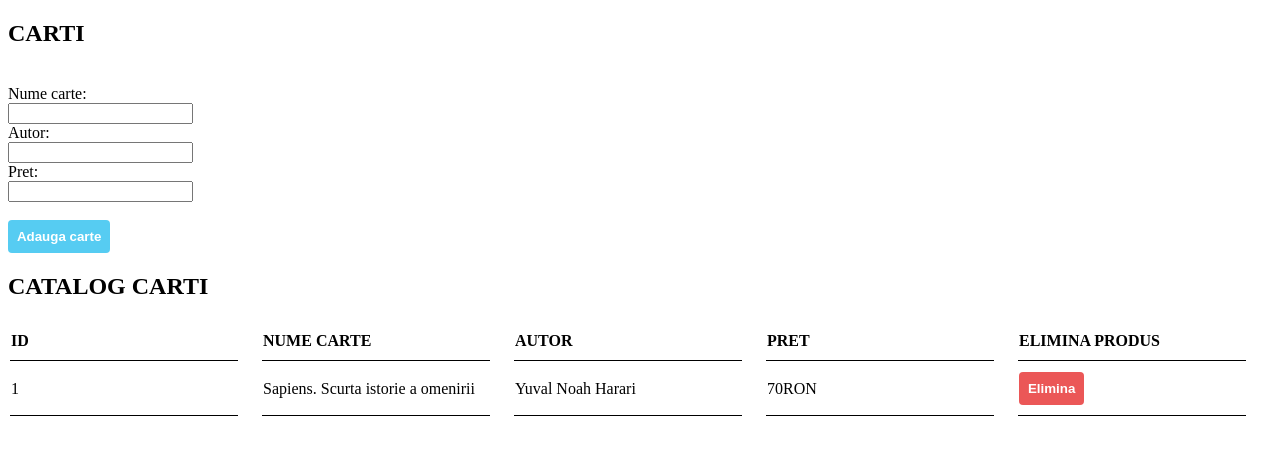
Repository: mireladavid/afacerielectronice
Page: frontend/index.html
The author's editor kept a record of every edit. The page is drawn from the files as they stood at one moment, then again after the next edit.
The browser window is 1280 px wide. The pictures show the whole page.
The page's requests for data from a server got no answer.

Above is the page before.

### frontend/index.html
<!DOCTYPE html>
<html>
    <head>
        <title>Catalog carti</title>
        <link rel="stylesheet" href="styles.css" />
    </head>
    <body>
       <section>
       <h2>CARTI</h2>
       <div>
           <div>
        <form onSubmit="adaugaCarte(event)">
  <input type="hidden" name="id" id="id" /><br />
  Nume carte:<br />
  <input type="text" name="nume" id="nume" /><br />
  Autor:<br />
  <input type="text" name="autor" id="autor"><br/>
  Pret:<br />
  <input type="text" name="pret" id="pret"><br/>
  <br />
  <input class="btn btn-primary" type="submit" value="Adauga carte">
</form>
</div>
</div>
<section>
            <h2>CATALOG CARTI</h2>
            <div>
                <div class="cart-row">
                    <table style="width:100%;">
                <tr class="cart-row">
                    <th class="cart-item cart-header cart-column">ID</th>
                    <th class="cart-item cart-header cart-column">NUME CARTE</th>
                    <th class="cart-item cart-header cart-column">AUTOR</th>
                    <th class="cart-item cart-header cart-column">PRET</th>
                    <th class="cart-item cart-header cart-column">ELIMINA PRODUS</th>
                </tr>
                <tr class="cart-row">
                    <td class="cart-item cart-header cart-column">1</td>
                    <td class="cart-item cart-header cart-column">Sapiens. Scurta istorie a omenirii</td>
                    <td class="cart-item cart-header cart-column">Yuval Noah Harari</td>
                    <td class="cart-item cart-header cart-column">70RON</td>
                     <td class="cart-item cart-header cart-column">
                        <button class="btn btn-danger">Elimina</button>
                    </td>
                </tr>
                    </table>
                </div>
            </div>
        </section>

<div id="table"></div>
<script
    src="https://code.jquery.com/jquery-3.3.1.min.js"
    integrity="sha256-FgpCb/KJQlLNfOu91ta32o/NMZxltwRo8QtmkMRdAu8="
    crossorigin="anonymous"></script>
<script src="https://unpkg.com/axios/dist/axios.min.js"></script>

<script>
function afisareCarti() {
    axios.get('/catalog').then(function(results) {

        let html = ` <table style="width:100%;">
                <tr class="cart-row">
                    <th class="cart-item cart-header cart-column">ID</th>
                    <th class="cart-item cart-header cart-column">NUME CARTE</th>
                    <th class="cart-item cart-header cart-column">AUTOR</th>
                    <th class="cart-item cart-header cart-column">PRET</th>
                    <th class="cart-item cart-header cart-column">ELIMINA PRODUS</th>
                </tr>`

        results.data.forEach(function(element) {
            html += `<tr>
                        <td>${element.id}</td>
                        <td>${element.nume}</td>
                        <td>${element.autor}</td>
                        <td>${element.pret}</td>
                        <td>
                            <button onClick="eliminaCarte(${element.id})">Elimina</button>
                        </td>
                    </tr>`
        })

        html += `</table>`

        $('#table').html(html)
    }).catch(function(error) {
        console.log(error)
    })
}
</script>

<script>
    function adaugaCarte(event) {
    event.preventDefault()

    let id = $('#id').val()
    let nume = $('#nume').val()
    let autor = $('#autor').val()
    let pret = $('#pret').val()

    if(id) {
        console.log('Cartea exista deja')
    } else {
        axios.post('/carti', {
    nume: nume,
    autor: autor,
    pret: pret
}).then(function(result) {
    afisareCarti()
    $(event.target).trigger("reset")
}).catch(function(err) {
    alert('Resource could not be saved')
})
    }

}
</script>

<script type="text/javascript">
    $(document).ready(function() {
        console.log('Hello from JQuery')
        afisareCarti()
    })
</script>

    </body>
</html>

### frontend/styles.css
.cart-row {
    display: flex;
}

.cart-item {
    width: 45%;
}

.cart-column {
    display: flex;
    align-items: center;
    border-bottom: 1px solid black;
    margin-right: 1.5em;
    padding-bottom: 10px;
    margin-top: 10px;
}

.cart-item-image {
    width: 75px;
    height: auto;
    border-radius: 10px;
}

.cart-price {
    width: 20%;
    font-size: 1.2em;
    color: #333;
}

.cart-total-price {
    color: #333;
    font-size: 1.1em;
}

.cart-total-title {
    font-weight: bold;
    font-size: 1.5em;
    color: black;
    margin-right: 20px;
}

.cart-item-title {
    color: #333;
    margin-left: .5em;
    font-size: 1.2em;
}

.btn {
    text-align: center;
    vertical-align: middle;
    padding: .67em .67em;
    cursor: pointer;
}

.btn-primary {
    color: white;
    background-color: #56CCF2;
    border: none;
    border-radius: .3em;
    font-weight: bold;
}

.btn-danger {
    color: white;
    background-color: #EB5757;
    border: none;
    border-radius: .3em;
    font-weight: bold;
}

After the next edit:
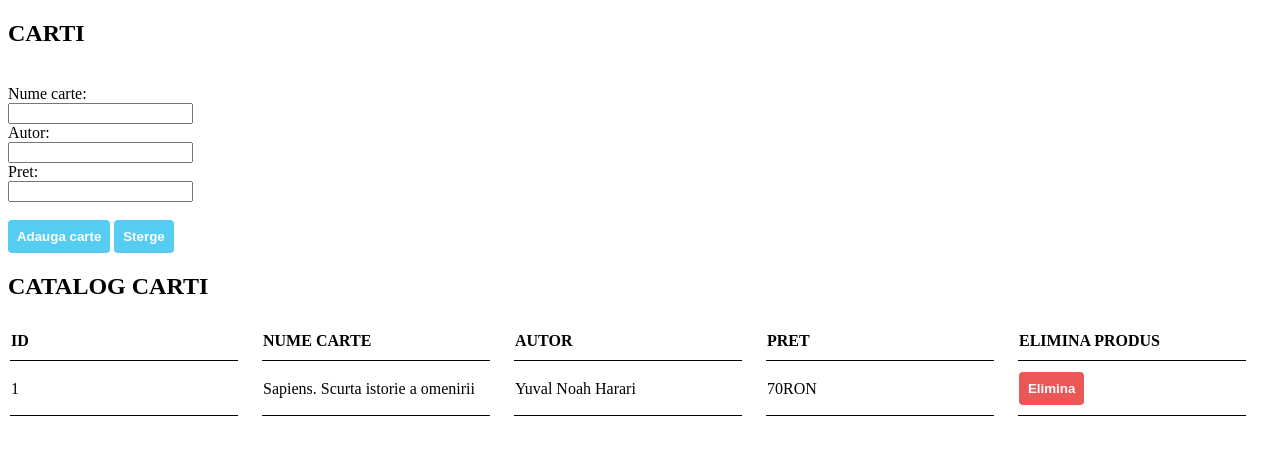
The edit:
--- a/frontend/index.html
+++ b/frontend/index.html
@@ -19,6 +19,7 @@
   <input type="text" name="pret" id="pret"><br/>
   <br />
   <input class="btn btn-primary" type="submit" value="Adauga carte">
+  <input class="btn btn-primary" type="reset" value="Sterge">
 </form>
 </div>
 </div>
